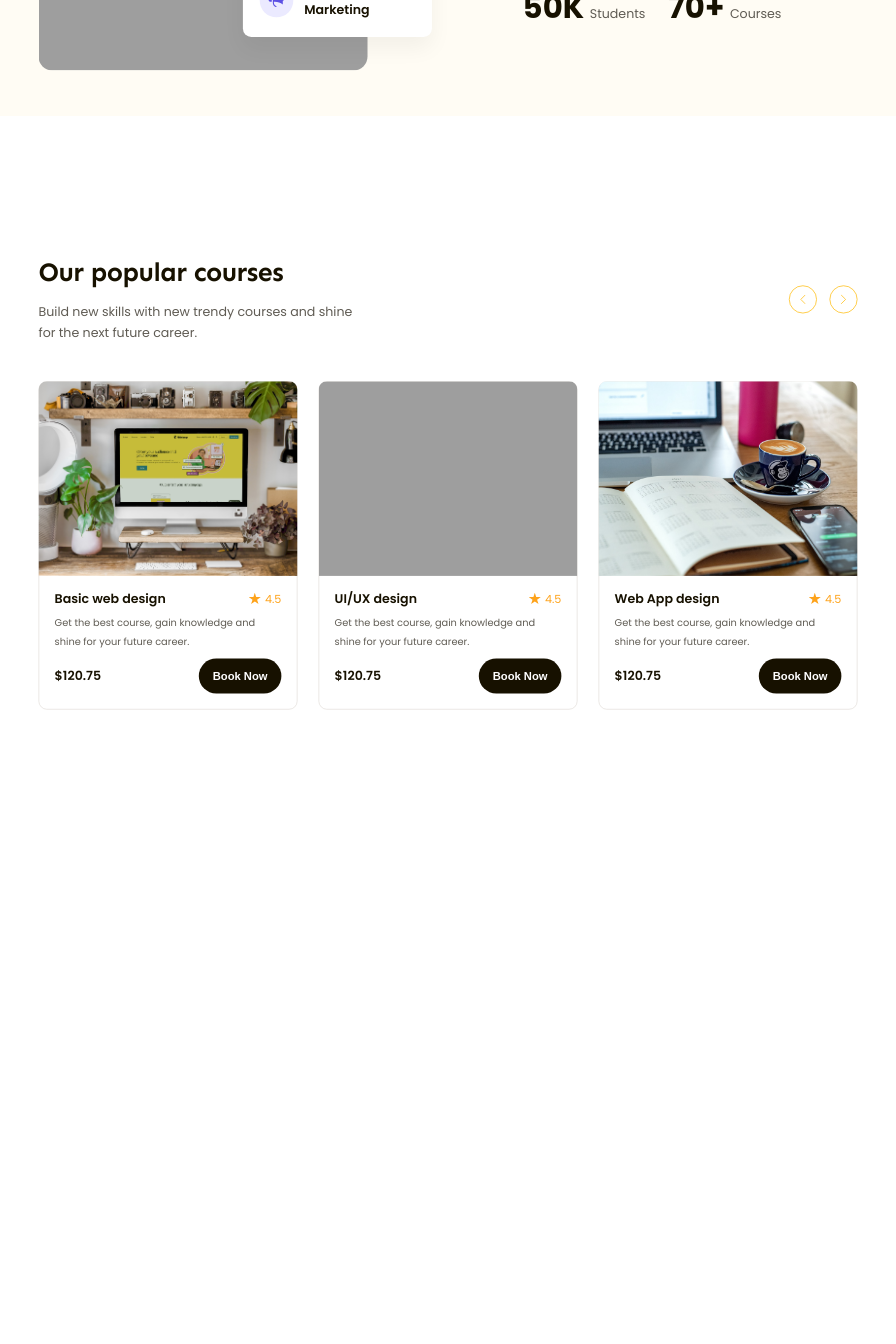
Repository: dovanlanh/f8-project-02
Page: index.html
An editor plug-in stored every save of this project. The page is shown before and after the next save, followed by the edit.
The browser window is 1280 px wide. The pictures show the part of the page from y = 734 to 2654 px (the page is 10000 px tall), at 70% of full size.
Pictures or frames that could not be fetched are drawn as grey boxes.

Above is the page before, as saved 2023-02-05 22:20:31.

After the next save:
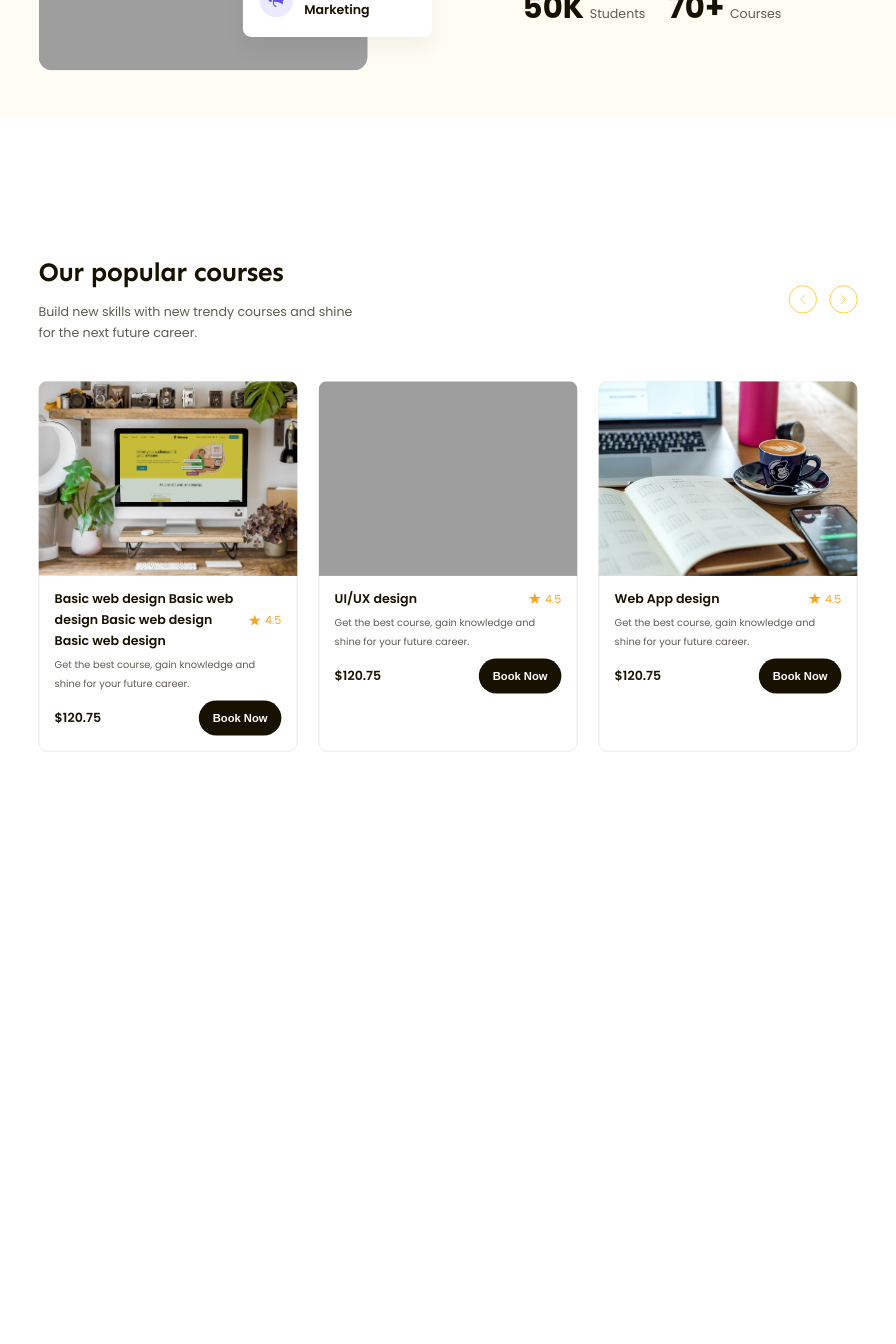
Saved 80 s later.
--- a/index.html
+++ b/index.html
@@ -136,7 +136,7 @@
                         <img src="./assets/img/img-popular/course1.jpg" alt="Basic web design" class="thumb">
                         <div class="info">
                             <div class="head">
-                                <h3 class="tittle">Basic web design</h3>
+                                <h3 class="tittle" class="line-clamp">Basic web design Basic web design Basic web design Basic web design</h3>
                                 <div class="rating">
                                     <img src="./assets/img/Star.svg" alt="star" class="star">
                                     <span class="value">4.5</span>
@@ -154,7 +154,7 @@
                         <img src="./assets/img/img-popular/course2.jpg" alt="UI/UX design" class="thumb">
                         <div class="info">
                             <div class="head">
-                                <h3 class="tittle">UI/UX design</h3>
+                                <h3 class="tittle" class="line-clamp">UI/UX design</h3>
                                 <div class="rating">
                                     <img src="./assets/img/Star.svg" alt="star" class="star">
                                     <span class="value">4.5</span>
@@ -172,7 +172,7 @@
                         <img src="./assets/img/img-popular/course3.jpg" alt="Web App design" class="thumb">
                         <div class="info">
                             <div class="head">
-                                <h3 class="tittle">Web App design</h3>
+                                <h3 class="tittle" class="line-clamp">Web App design</h3>
                                 <div class="rating">
                                     <img src="./assets/img/Star.svg" alt="star" class="star">
                                     <span class="value">4.5</span>

After the 2 saves that followed:
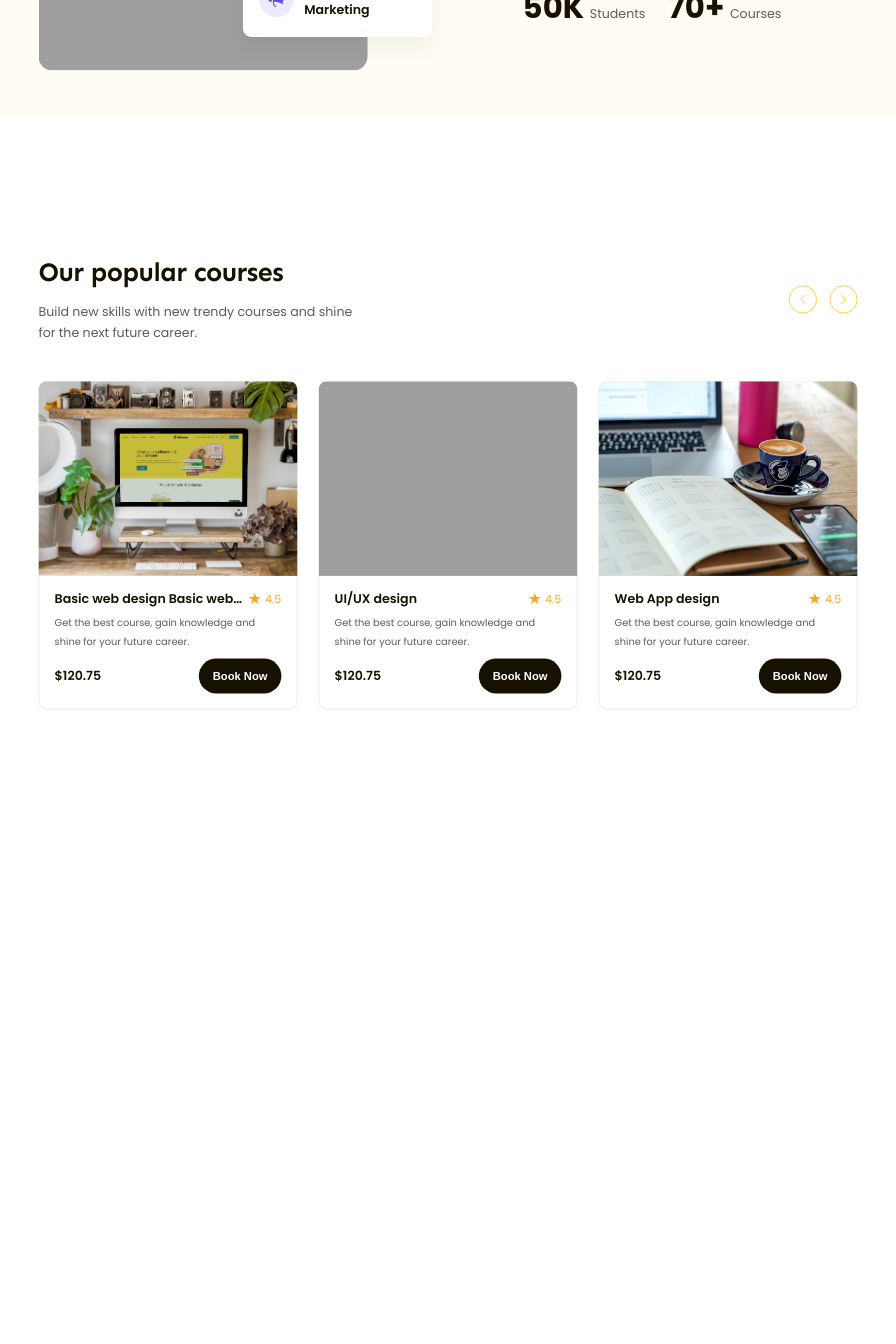
The 2 saves are shown as one change because 1 left the picture as it was.
The last was saved 4 min 8 s later.
--- a/index.html
+++ b/index.html
@@ -136,7 +136,7 @@
                         <img src="./assets/img/img-popular/course1.jpg" alt="Basic web design" class="thumb">
                         <div class="info">
                             <div class="head">
-                                <h3 class="tittle" class="line-clamp">Basic web design Basic web design Basic web design Basic web design</h3>
+                                <h3 class="tittle line-clamp">Basic web design Basic web design Basic web design Basic web design</h3>
                                 <div class="rating">
                                     <img src="./assets/img/Star.svg" alt="star" class="star">
                                     <span class="value">4.5</span>
--- a/assets/css/styles.css
+++ b/assets/css/styles.css
@@ -324,6 +324,7 @@ a {
     justify-content: space-between;
 }
 .popular .course-item .tittle {
+    line-clamp: var(--line-clamp, 1);
     font-weight: 600;
     font-size: 1.8rem;
     line-height: 1.67;
